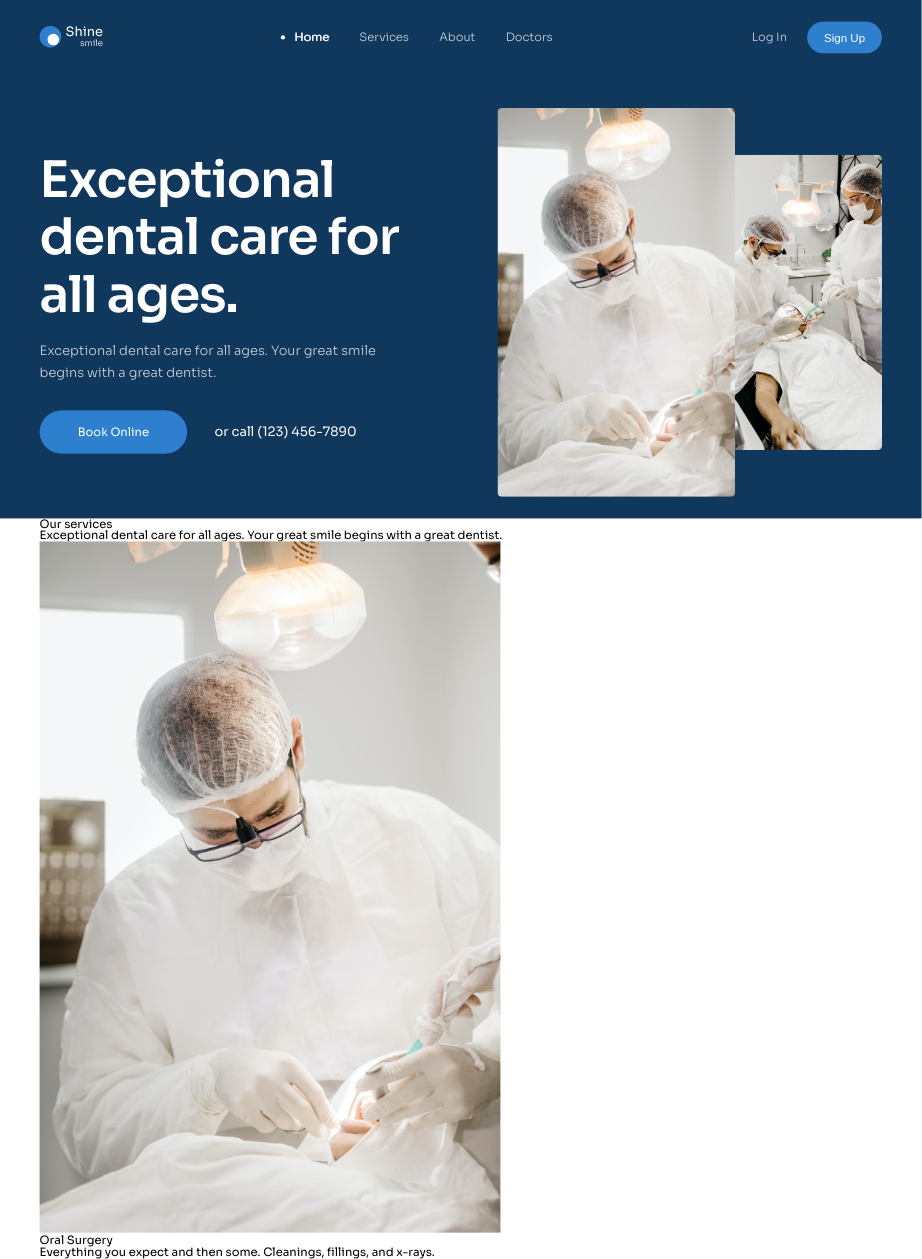
Repository: Tran-Dat/F8_Project_03
Page: index.html
These files come from the project's save history. The page is drawn as it stood at one moment and after the next save; the edit follows.
The browser window is 1280 px wide. The pictures show the whole page, at 72% of full size.

Above is the page before, as saved 2023-04-03 14:43:53.

After the next save:
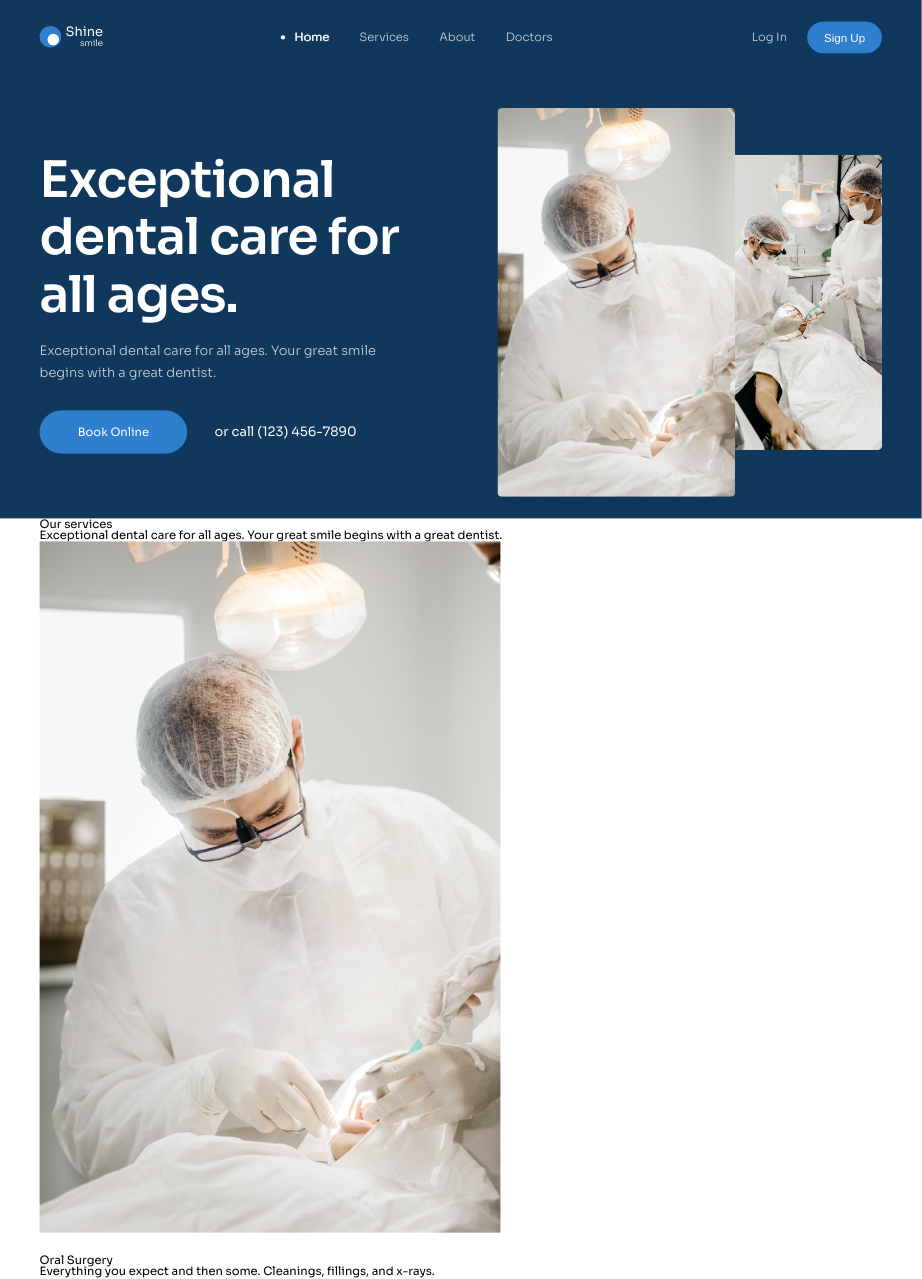
Saved 85 s later.
--- a/index.html
+++ b/index.html
@@ -203,6 +203,18 @@
                             <section class="service-item">
                                 <div class="service-item__icon-wrap">
                                     <!-- icon -->
+                                    <svg
+                                        width="22"
+                                        height="24"
+                                        viewBox="0 0 22 24"
+                                        fill="none"
+                                        xmlns="http://www.w3.org/2000/svg"
+                                    >
+                                        <path
+                                            d="M20.3598 2.63964C17.9506 -0.556131 14.2772 -0.568132 11.2481 1.10682C11.001 1.24657 10.7219 1.31411 10.4406 1.30222C10.1592 1.29033 9.88633 1.19945 9.65105 1.03931C8.49552 0.245717 7.29036 -0.316477 5.13904 0.207462C0.623408 1.3071 0 4.90379 0 8.99816C0.0797353 12.1602 0.500857 15.3032 1.25551 18.3683C2.11836 22.0168 3.90382 24 5.43354 24C6.96326 24 7.00963 22.2204 7.00963 20.8016C7.00963 19.2009 7.39505 14.8009 10.8642 14.8009C13.5317 14.8009 14.3333 18.4013 14.3333 20.8016C14.3329 23.095 15.1722 24 16.6628 24C19.5267 24 20.9796 15.3938 21.3719 13.1237C21.7642 10.8535 22.9882 6.12569 20.3598 2.63964Z"
+                                            fill="white"
+                                        />
+                                    </svg>
                                 </div>
                                 <div class="service-item__body">
                                     <h3 class="service-item__heading">
